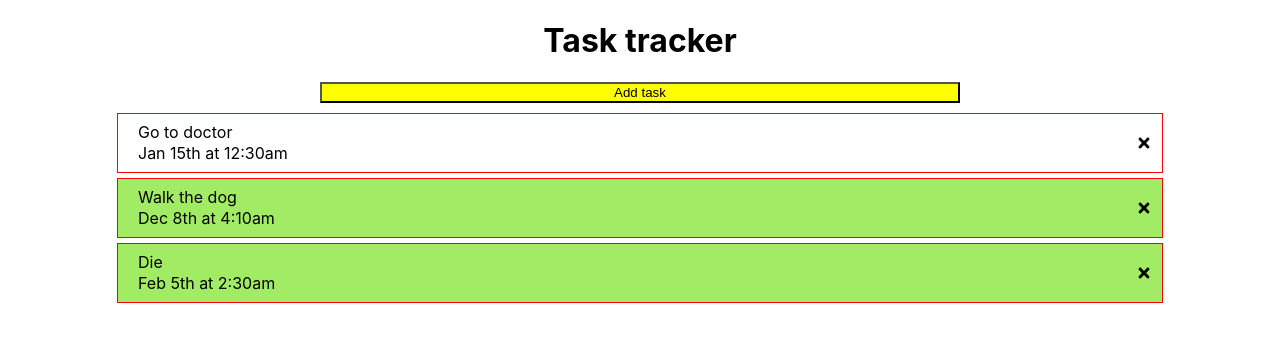
Repository: roscaImarius/task-tracker-react
Page: /
These files come from the project's save history. The page is drawn as it stood at one moment and after the next save; the edit follows.
The browser window is 1280 px wide. The pictures show the whole page.
The project was rebuilt for these pictures with package versions that can differ from the ones it lists, and the page was loaded fresh each time. Also part of the build but not shown: src/components/AddTask.js.

Above is the page before, as saved 2021-03-31 12:29:56.

After the next save:
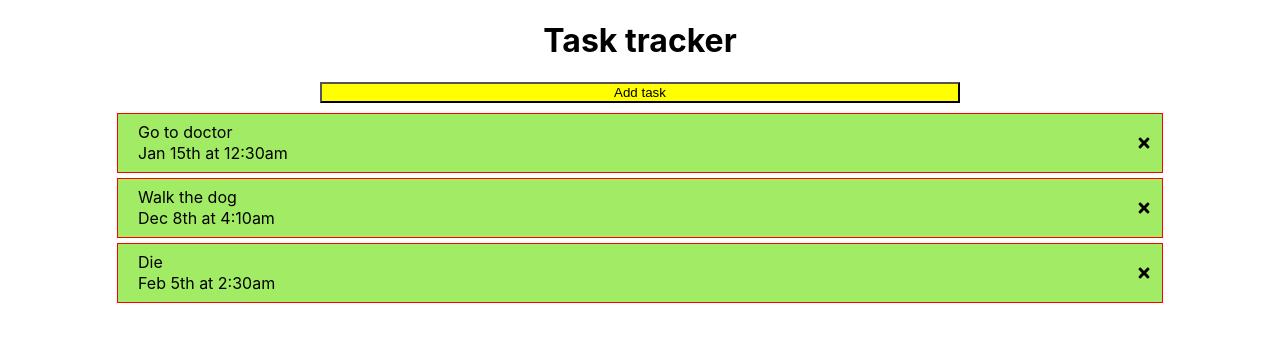
Saved 2 min 55 s later.
--- a/src/components/Task.js
+++ b/src/components/Task.js
@@ -5,7 +5,7 @@ const Task = ({ t, onDubleClick, onDelete }) => {
   return (
     <div
       onDoubleClick={() => onDubleClick(t.id)}
-      className={t.reminder === true ? "marked task" : "task"}
+      className={t.reminder ? "marked task" : "task marked"}
     >
       <div>
         <p>{t.text}</p>
